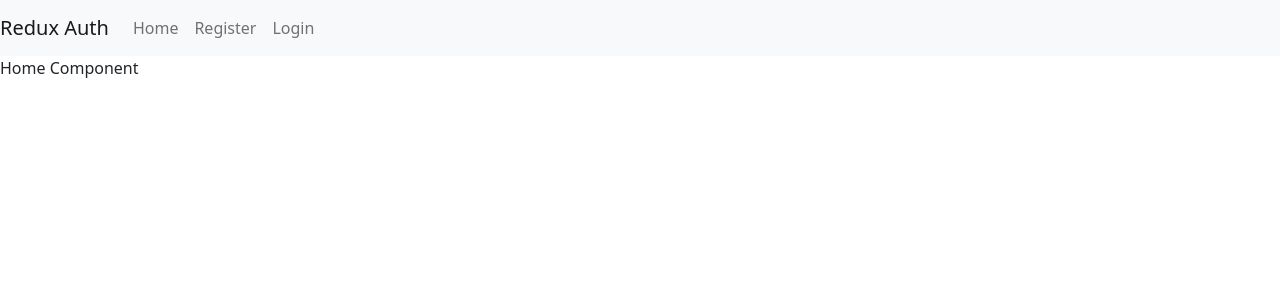
Repository: gracyspatel/cv-mate-fend
Page: /
The author's editor kept a copy of each file at every save. The page is drawn from the files as they stood at one save, then again after the next save.
The browser window is 1280 px wide. The pictures show the whole page.
The project was rebuilt for these pictures with package versions that can differ from the ones it lists, and the page was loaded fresh each time. Imported but missing from the stored project, and not drawn on this page: src/components/Login, src/components/Register.

Above is the page before, as saved 2022-03-13 17:06:28.

After the next save:
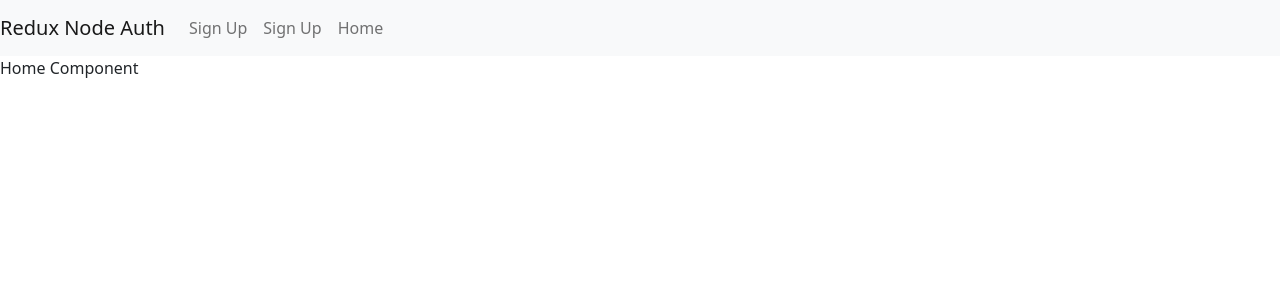
Saved 52 s later.
--- a/src/components/Navbar.js
+++ b/src/components/Navbar.js
@@ -1,20 +1,22 @@
+
 import React, { Component } from 'react';
+import { Link } from 'react-router-dom';
 
 class Navbar extends Component {
     render() {
         return(
             <nav className="navbar navbar-expand-lg navbar-light bg-light">
-                <a className="navbar-brand" href="#">Redux Auth</a>
+                <Link className="navbar-brand" to="/">Redux Node Auth</Link>
                 <div className="collapse navbar-collapse" id="navbarSupportedContent">
                     <ul className="navbar-nav ml-auto">
                         <li className="nav-item">
-                            <a className="nav-link" href="#">Home</a>
+                            <Link className="nav-link" to="/register">Sign Up</Link>
                         </li>
                         <li className="nav-item">
-                            <a className="nav-link" href="#">Register</a>
+                            <Link className="nav-link" to="/login">Sign Up</Link>
                         </li>
                         <li className="nav-item">
-                            <a className="nav-link" href="#">Login</a>
+                            <Link className="nav-link" to="/">Home</Link>
                         </li>
                     </ul>
                 </div>
